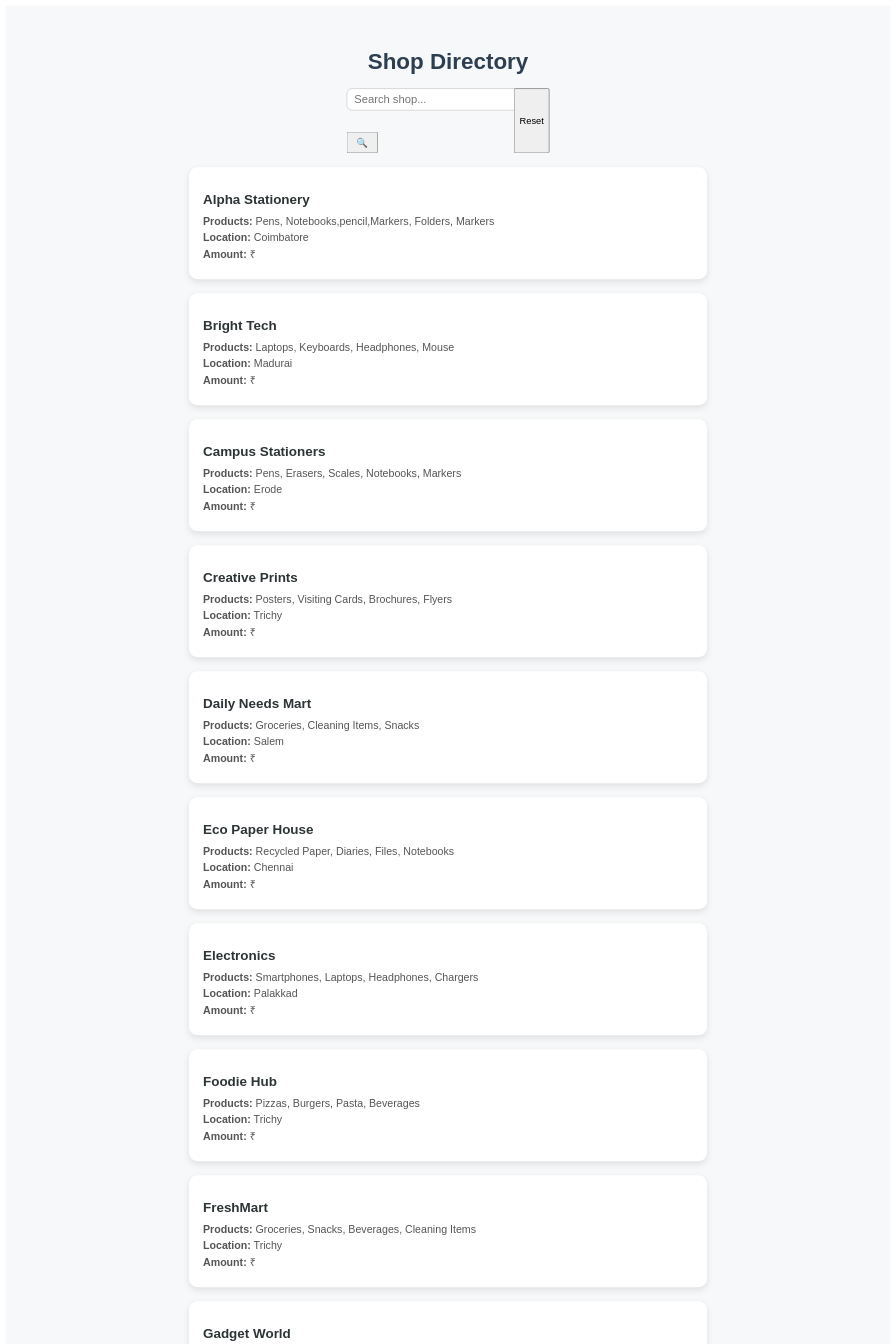
Repository: Pavithra-09git/CarSort
Page: /
These files come from the project's save history. The page is drawn as it stood at one moment and after a run of saves; the edit follows.
The browser window is 1280 px wide. The pictures show the part of the page from y = 0 to 1920 px (the page is 5665 px tall before and 5219 px after), at 70% of full size.
The project was rebuilt for these pictures with package versions that can differ from the ones it lists, and the page was loaded fresh each time. Also part of the build but not shown: vite.config.js.

Above is the page before, as saved 2025-10-26 12:46:43.

After the next 2 saves:
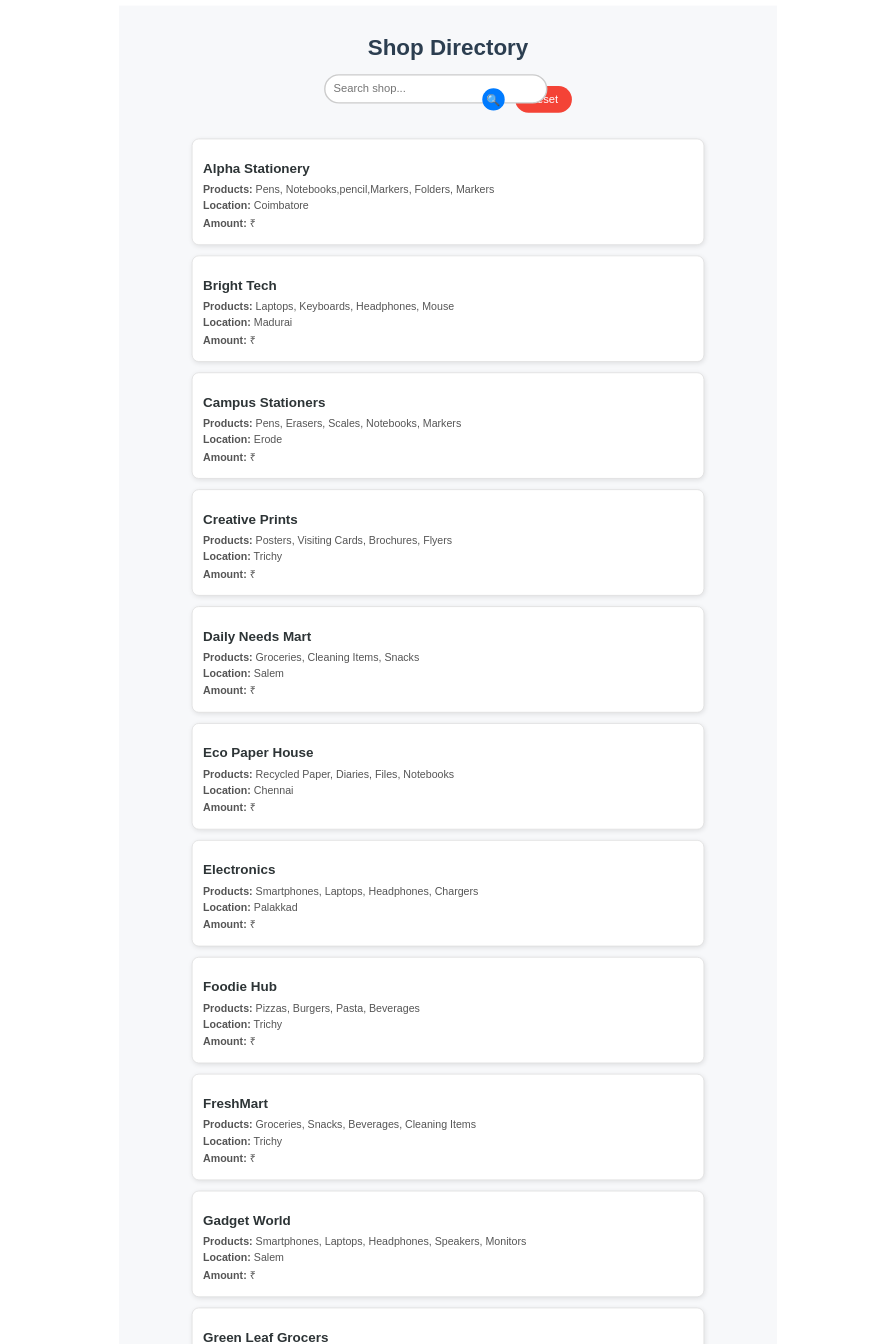
The 2 saves are shown as one change because they came seconds apart.
The last was saved 14 s later.
--- a/src/App.css
+++ b/src/App.css
@@ -79,21 +79,87 @@ h1 {
   text-align: center;
   font-size: 1rem;
 }
+.container {
+  max-width: 900px;
+  margin: auto;
+  padding: 20px;
+  font-family: Arial, sans-serif;
+}
+
 .search-container {
   display: flex;
+  align-items: center;
   gap: 10px;
   margin-bottom: 20px;
 }
 
-.search-btn {
-  display: flex;
-  align-items: center;
-  gap: 5px;
-  padding: 6px 12px;
-  cursor: pointer;
+.search-box-wrapper {
+  position: relative;
+  flex: 1;
 }
 
 .search-box {
-  flex: 1;
-  padding: 6px 10px;
+  width: 100%;
+  padding: 10px 40px 10px 12px; /* space for button */
+  border: 2px solid #ccc;
+  border-radius: 25px;
+  font-size: 16px;
+  transition: border 0.3s;
 }
+
+.search-box:focus {
+  outline: none;
+  border-color: #007bff;
+}
+
+.search-btn {
+  position: absolute;
+  right: 5px;
+  top: 50%;
+  transform: translateY(-50%);
+  background-color: #007bff;
+  border: none;
+  color: white;
+  border-radius: 50%;
+  width: 32px;
+  height: 32px;
+  cursor: pointer;
+  font-size: 16px;
+}
+
+.search-btn:hover {
+  background-color: #0056b3;
+}
+
+.reset-btn {
+  padding: 10px 20px;
+  background-color: #f44336;
+  border: none;
+  color: white;
+  border-radius: 25px;
+  cursor: pointer;
+  font-size: 16px;
+  transition: background 0.3s;
+}
+
+.reset-btn:hover {
+  background-color: #c62828;
+}
+
+.card-column {
+  display: flex;
+  flex-direction: column;
+  gap: 15px;
+}
+
+.card {
+  padding: 15px;
+  border: 1px solid #ddd;
+  border-radius: 10px;
+  box-shadow: 1px 2px 8px rgba(0,0,0,0.1);
+  transition: transform 0.2s;
+}
+
+.card:hover {
+  transform: scale(1.02);
+}
